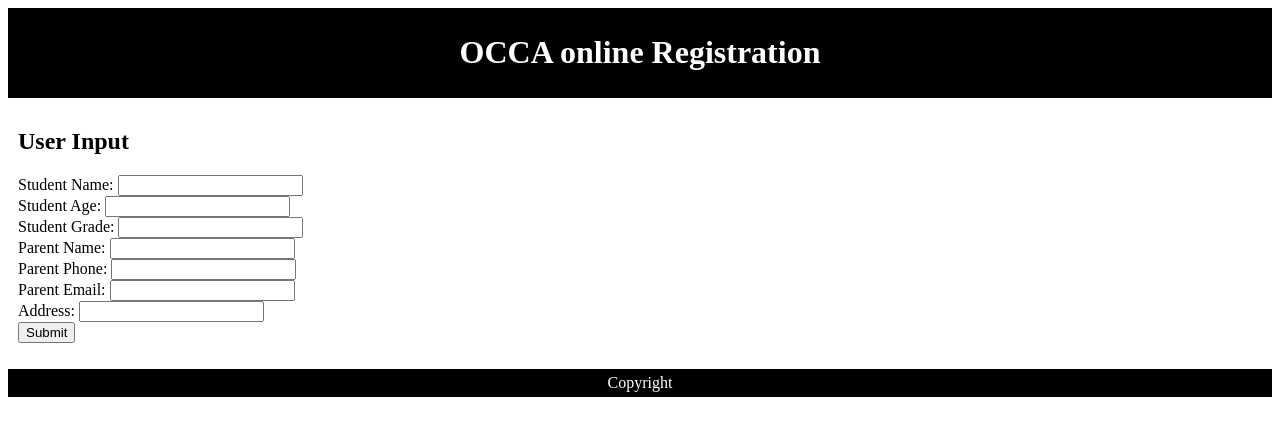
Repository: dreamxia329/TechExercise4830
Page: T3-0325-xia/T3-webProject-Xia/WebContent/register.html
These files come from the project's save history. The page is drawn as it stood at one moment and after the next save; the edit follows.
The browser window is 1280 px wide. The pictures show the whole page.

Above is the page before, as saved 2022-03-31 00:17:24.

After the next save:
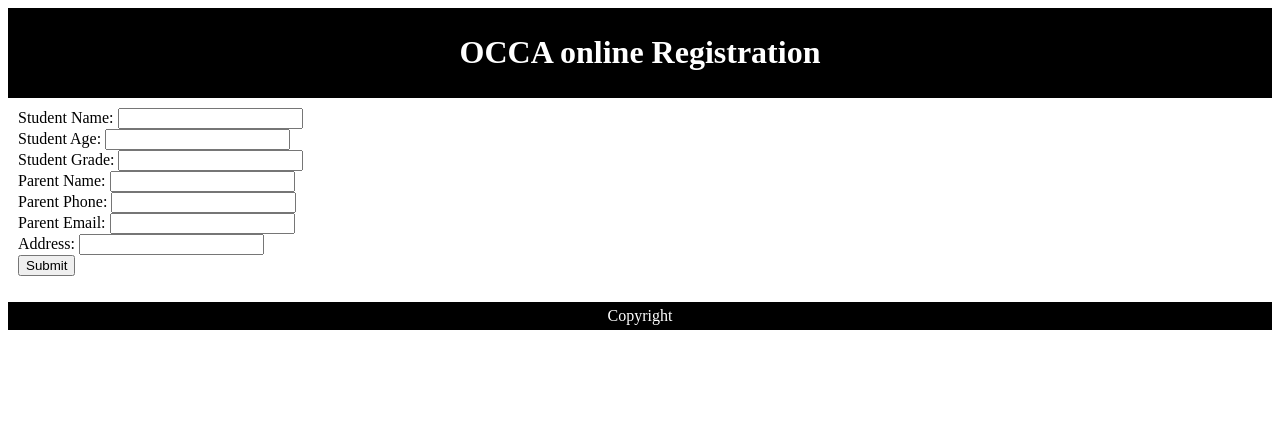
Saved 2 min 11 s later.
--- a/T3-0325-xia/T3-webProject-Xia/WebContent/register.html
+++ b/T3-0325-xia/T3-webProject-Xia/WebContent/register.html
@@ -19,6 +19,7 @@
     width:350px;
     float:left;
     padding:10px;
+
 }
 footer {
     background-color:black;
@@ -36,7 +37,6 @@
 </header>
 
 <section>
-	<h1>User Input</h1>
 
 	<form action="RegisterServlet" method="POST">
 

After the save that followed:
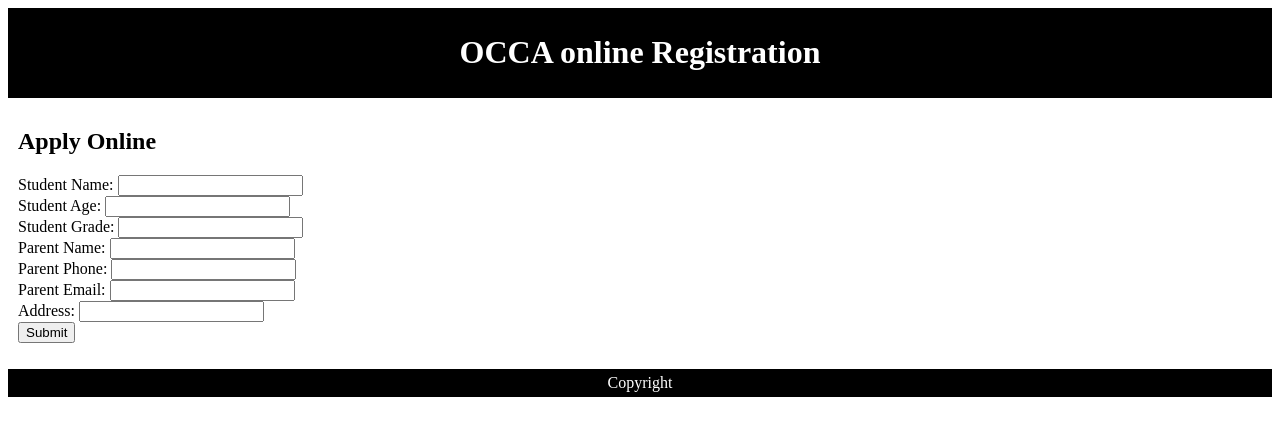
Saved 83 s later.
--- a/T3-0325-xia/T3-webProject-Xia/WebContent/register.html
+++ b/T3-0325-xia/T3-webProject-Xia/WebContent/register.html
@@ -37,6 +37,7 @@
 </header>
 
 <section>
+	<h1>Apply Online</h1>
 
 	<form action="RegisterServlet" method="POST">
 
